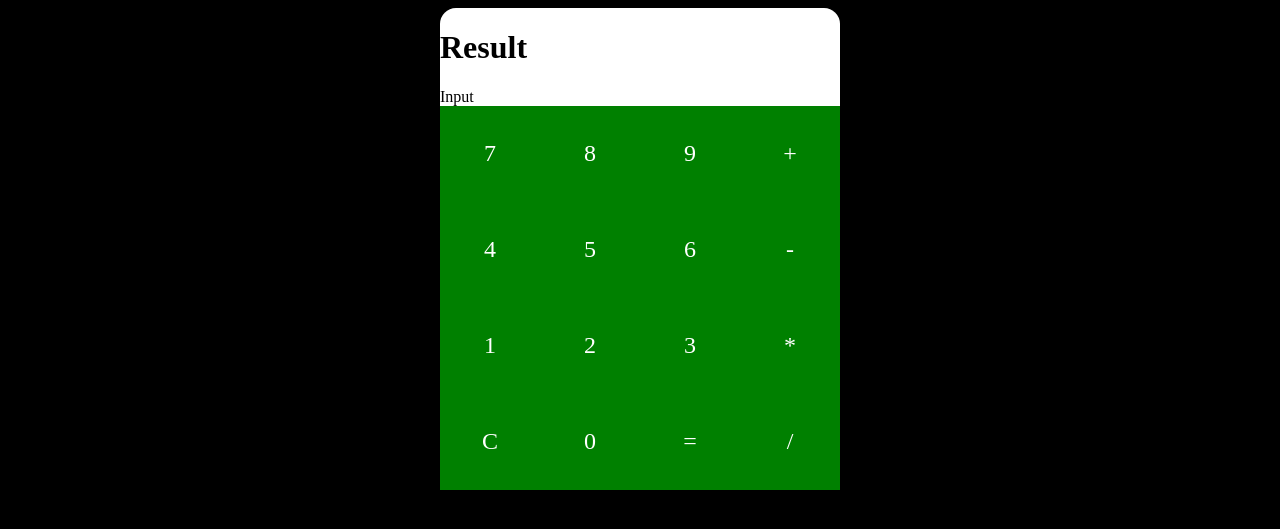
Repository: rajratangm/xcalculator
Page: /
An editor plug-in stored every save of this project. The page is shown before and after the next save, followed by the edit.
The browser window is 1280 px wide. The pictures show the whole page.
The project was rebuilt for these pictures with package versions that can differ from the ones it lists, and the page was loaded fresh each time. Also part of the build but not shown: vite.config.js.

Above is the page before, as saved 2024-04-02 19:08:46.

### src/App.jsx
import {useState} from 'react'
import Button from './Component/Button/Button'
import Input from './Component/Input/Input'
import './App.css'
// import Keyboard from './Component/Keyboard'

function App() {


  return (
    <div className='App'>

    <div className='calculator-wrapper'>
      <Input/>
   <div className='row'>
    <Button symbol='7'/>
    <Button symbol='8'/>
    <Button symbol='9'/>
    <Button symbol='+'/>

   </div>
   <div className='row'>
   <Button symbol='4'/>
    <Button symbol='5'/>
    <Button symbol='6'/>
    <Button symbol='-'/>

   </div>
   <div className='row'>
   <Button symbol='1'/>
    <Button symbol='2'/>
    <Button symbol='3'/>
    <Button symbol='*'/>

   </div>


   <div className='row'>
   <Button symbol='C'/>
    <Button symbol='0'/>
    <Button symbol='='/>
    <Button symbol='/'/>

   </div>
    </div>

    </div>
  )
  }
export default App

### src/Component/Button/Button.jsx
import './Button.css'


const Button=({symbol})=>{
    return <div className='button-wrapper'>
{symbol}
    </div>
}

export default Button

### src/Component/Input/Input.jsx
import './Input.css'


const Input=()=>{

    return <div className='input-wrapper'>
        <div className='result'>
            <h1>Result</h1>
        </div>
        Input
    </div>
}

export default Input;

### src/App.css
body{
  background-color: black;

}

.App{
  display: flex;
  justify-content: center;
  align-items: center;
}

.calculator-wrapper{
  background-color:white;
  width:400px;
  border-radius: 16px;

}

.row{
  display: flex;
}

### src/Component/Button/Button.css
.button-wrapper{
    height: 4em;
    display: flex;
    align-items: center;
    justify-content: center;
    font-size: 24px;
    background-color:green;
    color:#ffffff;
    flex:1;

}

### src/Component/Input/Input.css
.input-wrapper{

}

Loaded but not shown: index.html (common file); src/main.jsx (common file)

After the next save:
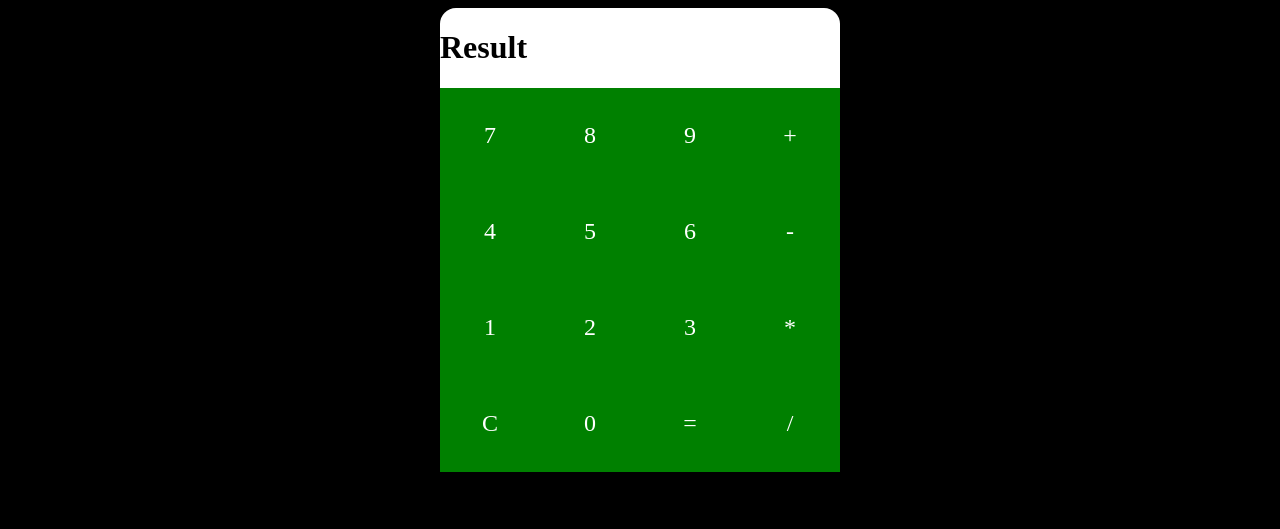
Saved 6 s later.
--- a/src/Component/Input/Input.jsx
+++ b/src/Component/Input/Input.jsx
@@ -7,7 +7,7 @@ const Input=()=>{
         <div className='result'>
             <h1>Result</h1>
         </div>
-        Input
+        <div></div>
     </div>
 }
 
